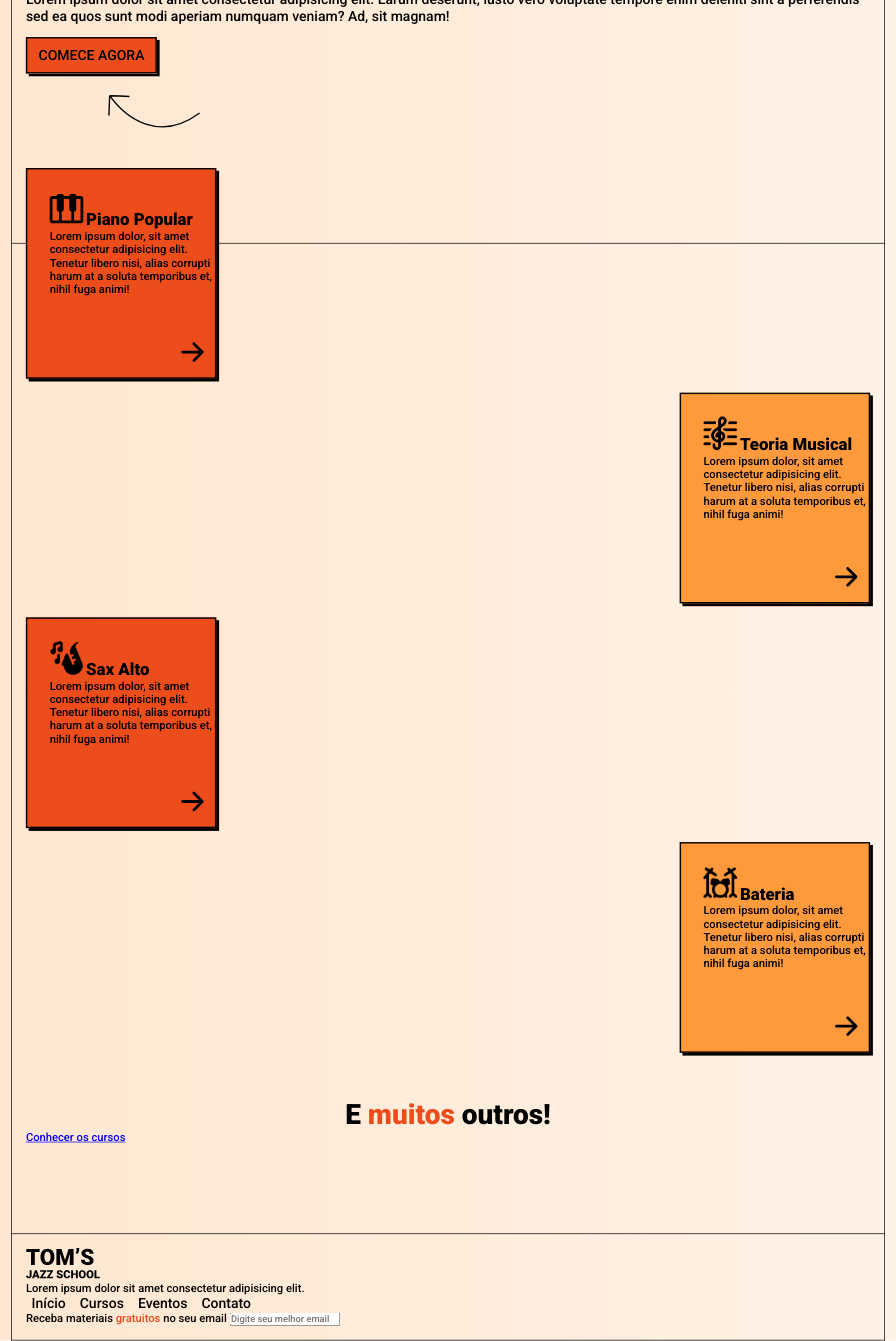
Repository: tenoriodasilva31/OBC-Music-School
Page: index.html
An editor plug-in stored every save of this project. The page is shown before and after the next save, followed by the edit.
The browser window is 1280 px wide. The pictures show the part of the page from y = 1190 to 3110 px (the page is 3105 px tall before and 3110 px after), at 70% of full size.

Above is the page before, as saved 2023-07-05 17:50:49.

After the next save:
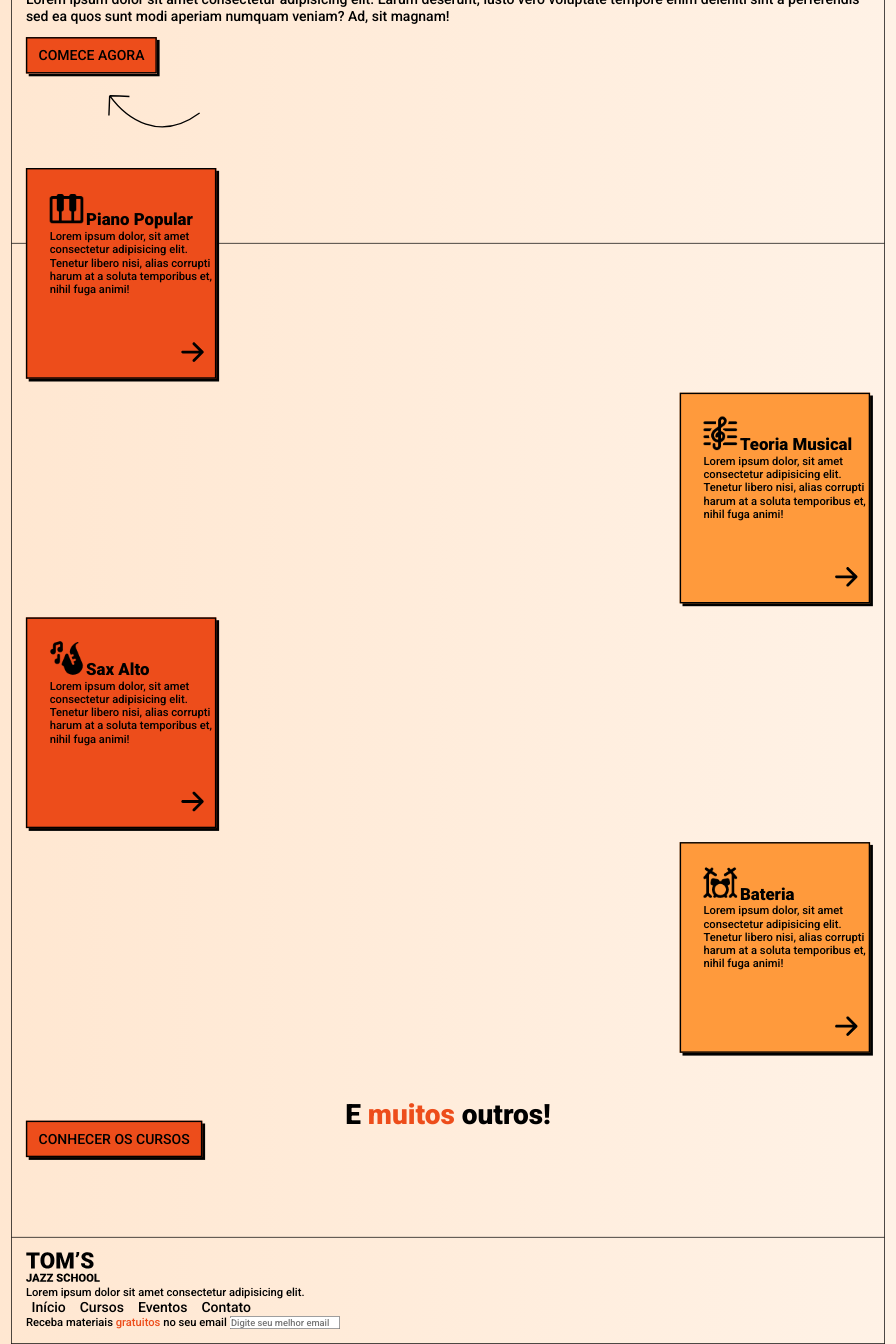
Saved 40 s later.
--- a/index.html
+++ b/index.html
@@ -68,7 +68,7 @@
             </article>
             </div>
             <h2 class="text-center">E <span class="text-primary">muitos</span> outros!</h2>
-            <a href="#">Conhecer os cursos</a>
+            <a href="#" class="button mt-2 mx-auto">Conhecer os cursos</a>
         </section>
     </main>
 
